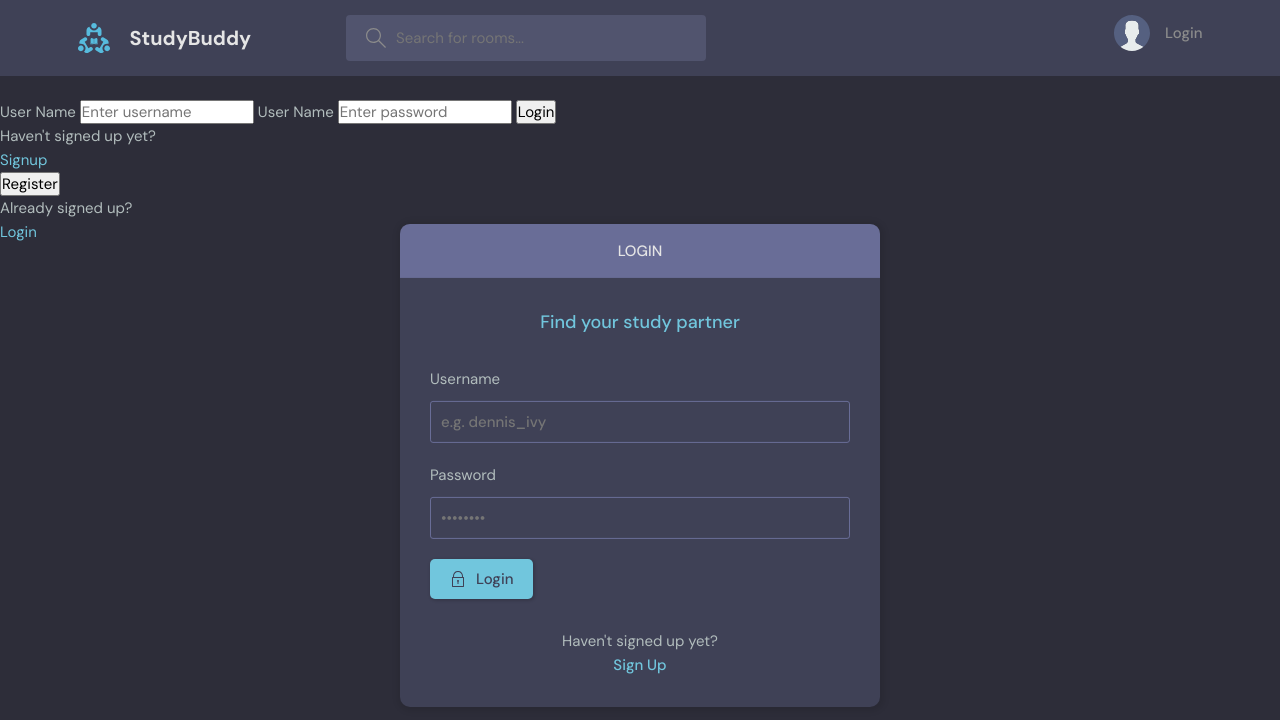
Repository: Dibbya65/Django-Basic
Page: http://localhost/login/
The author's editor kept a copy of each file at every save. The page is drawn from the files as they stood at one save, then again after the next save.
The browser window is 1280 px wide. The pictures show the whole page.
The page is served by the project's application, run on Django 3.2 (manage.py). Other server files are loaded and not shown.

Above is the page before, as saved 2021-11-20 19:18:18.

### base/templates/base/login.html
{% extends 'layouts/master.html' %}
{% block title %}Register{% endblock title%}
{% block content %}
<main class="auth layout">
    <div class="container">
        {% if page == 'login' %}
        <div class="layout__box">
            <div class="layout__boxHeader">
                <div class="layout__boxTitle">
                    <h3>Login</h3>
                </div>
            </div>
            <div class="layout__body">
                <h2 class="auth__tagline">Find your study partner</h2>

                <form class="form" action="#">
                    <div class="form__group">
                        <label for="room_name">Username</label>
                        <input id="username" name="username" type="text" placeholder="e.g. dennis_ivy" />
                    </div>
                    <div class="form__group">
                        <label for="password">Password</label>
                        <input id="password" name="password" type="password"
                            placeholder="&bull;&bull;&bull;&bull;&bull;&bull;&bull;&bull;" />
                    </div>

                    <button class="btn btn--main" type="submit">
                        <svg version="1.1" xmlns="http://www.w3.org/2000/svg" width="32" height="32"
                            viewBox="0 0 32 32">
                            <title>lock</title>
                            <path
                                d="M27 12h-1v-2c0-5.514-4.486-10-10-10s-10 4.486-10 10v2h-1c-0.553 0-1 0.447-1 1v18c0 0.553 0.447 1 1 1h22c0.553 0 1-0.447 1-1v-18c0-0.553-0.447-1-1-1zM8 10c0-4.411 3.589-8 8-8s8 3.589 8 8v2h-16v-2zM26 30h-20v-16h20v16z">
                            </path>
                            <path
                                d="M15 21.694v4.306h2v-4.306c0.587-0.348 1-0.961 1-1.694 0-1.105-0.895-2-2-2s-2 0.895-2 2c0 0.732 0.413 1.345 1 1.694z">
                            </path>
                        </svg>

                        Login
                    </button>
                </form>

                <div class="auth__action">
                    <p>Haven't signed up yet?</p>
                    <a href="{% url 'register' %}" class="btn btn--link">Sign Up</a>
                </div>
            </div>
        </div>
        {% else %}
        <div class="layout__box">
            <div class="layout__boxHeader">
                <div class="layout__boxTitle">
                    <h3>Sign up</h3>
                </div>
            </div>
            <div class="layout__body">
                <h2 class="auth__tagline">Find your study partner</h2>

                <form class="form" action="#">
                    <div class="form__group">
                        <label for="fullname">Full Name</label>
                        <input id="fullname" name="fullname" type="text" placeholder="e.g. Dennis Ivy" />
                    </div>
                    <div class="form__group">
                        <label for="room_name">Username</label>
                        <input id="username" name="username" type="text" placeholder="e.g. dennis_ivy" />
                    </div>
                    <div class="form__group">
                        <label for="password">Password</label>
                        <input id="password" name="password" type="password"
                            placeholder="&bull;&bull;&bull;&bull;&bull;&bull;&bull;&bull;" />
                    </div>

                    <div class="form__group">
                        <label for="confirm_password">Confirm Password</label>
                        <input id="confirm_password" name="confirm_password" type="password"
                            placeholder="&bull;&bull;&bull;&bull;&bull;&bull;&bull;&bull;" />
                    </div>

                    <button class="btn btn--main" type="submit">
                        <svg version="1.1" xmlns="http://www.w3.org/2000/svg" width="32" height="32"
                            viewBox="0 0 32 32">
                            <title>lock</title>
                            <path
                                d="M27 12h-1v-2c0-5.514-4.486-10-10-10s-10 4.486-10 10v2h-1c-0.553 0-1 0.447-1 1v18c0 0.553 0.447 1 1 1h22c0.553 0 1-0.447 1-1v-18c0-0.553-0.447-1-1-1zM8 10c0-4.411 3.589-8 8-8s8 3.589 8 8v2h-16v-2zM26 30h-20v-16h20v16z">
                            </path>
                            <path
                                d="M15 21.694v4.306h2v-4.306c0.587-0.348 1-0.961 1-1.694 0-1.105-0.895-2-2-2s-2 0.895-2 2c0 0.732 0.413 1.345 1 1.694z">
                            </path>
                        </svg>

                        Sign Up
                    </button>
                </form>

                <div class="auth__action">
                    <p>Already have an account?</p>
                    <a href="{% url 'login' %}" class="btn btn--link">Log In</a>
                </div>
            </div>
        </div>
        {% endif %}
    </div>
</main>

<div>
    <form method="POST" action="#">
        {% csrf_token %}
        <label for="username">User Name</label>
        <input type="text" id="username" name="username" placeholder="Enter username">
        <label for="password">User Name</label>
        <input type="text" id="password" name="password" placeholder="Enter password">
        <input type="submit" value="Login">
    </form>
    <p>Haven't signed up yet?</p>
    <a href="{% url 'register' %}">Signup</a>
</div>

<div>
    <form method="POST" action="">
        {% csrf_token %}
        {{form.as_p}}
        <input type="submit" value="Register">
    </form>
    <p>Already signed up?</p>
    <a href="{% url 'login' %}">Login</a>
</div>




{% endblock content %}

### templates/layouts/master.html
<!DOCTYPE html>
{% load static %}
<html lang="en">

  <head>
    <meta charset="UTF-8" />
    <meta http-equiv="X-UA-Compatible" content="IE=edge" />
    <meta name="viewport" content="width=device-width, initial-scale=1.0" />
    <link rel="shortcut icon" href="assets/favicon.ico" type="image/x-icon" />


    <title>StudyBuddy | {% block title %} {% endblock %}</title>
    <link rel="stylesheet" type="text/css" href="{% static 'styles/style.css' %}">
  </head>

  <body>
    {% include 'base/navbar.html' %}

    {% if messages %}
    <ul class="messages">
      {% for message in messages %}
      <li>{{ message }}</li>
      {% endfor %}
    </ul>
    {% endif %}
    {% block content %}{% endblock %}

    <script type="text/javascript" src="{% static 'js/script.js' %}"></script>
  </body>

</html>

### base/templates/base/navbar.html
{% load static %}
<header class="header header--loggedIn">
  <div class="container">
    <a href="/" class="header__logo">
      <img src="{% static 'assets/logo.svg' %}" />
      <h1>StudyBuddy</h1>
    </a>
    <form class="header__search" action="{% url 'home' %}" method="GET">
      <label>
        <svg version="1.1" xmlns="http://www.w3.org/2000/svg" width="32" height="32" viewBox="0 0 32 32">
          <title>search</title>
          <path
            d="M32 30.586l-10.845-10.845c1.771-2.092 2.845-4.791 2.845-7.741 0-6.617-5.383-12-12-12s-12 5.383-12 12c0 6.617 5.383 12 12 12 2.949 0 5.649-1.074 7.741-2.845l10.845 10.845 1.414-1.414zM12 22c-5.514 0-10-4.486-10-10s4.486-10 10-10c5.514 0 10 4.486 10 10s-4.486 10-10 10z">
          </path>
        </svg>
        <input type="text" placeholder="Search for rooms..." name="q" />
      </label>
    </form>
    <nav class="header__menu">
      <!-- Not Logged In -->
      {% if not request.user.is_authenticated %}
      <a href="{% url 'login' %}">
        <img src="{% static 'assets/avatar.svg' %}" />
        <p>Login</p>
      </a>
      {%else%}
      <div class="header__user">
        <a href="{%  url 'user-profile' request.user.id %}">
          <div class="avatar avatar--medium active">
            <img src="https://randomuser.me/api/portraits/men/37.jpg" />
          </div>
          <p>{{request.user.username}} <span>@{{request.user.username}}</span></p>
        </a>
        <button class="dropdown-button">
          <svg version="1.1" xmlns="http://www.w3.org/2000/svg" width="32" height="32" viewBox="0 0 32 32">
            <title>chevron-down</title>
            <path d="M16 21l-13-13h-3l16 16 16-16h-3l-13 13z"></path>
          </svg>
        </button>
      </div>

      <div class="dropdown-menu">
        <a href="{% url 'update-user' %}" class="dropdown-link"><svg version="1.1" xmlns="http://www.w3.org/2000/svg"
            width="32" height="32" viewBox="0 0 32 32">
            <title>tools</title>
            <path
              d="M27.465 32c-1.211 0-2.35-0.471-3.207-1.328l-9.392-9.391c-2.369 0.898-4.898 0.951-7.355 0.15-3.274-1.074-5.869-3.67-6.943-6.942-0.879-2.682-0.734-5.45 0.419-8.004 0.135-0.299 0.408-0.512 0.731-0.572 0.32-0.051 0.654 0.045 0.887 0.277l5.394 5.395 3.586-3.586-5.394-5.395c-0.232-0.232-0.336-0.564-0.276-0.887s0.272-0.596 0.572-0.732c2.552-1.152 5.318-1.295 8.001-0.418 3.274 1.074 5.869 3.67 6.943 6.942 0.806 2.457 0.752 4.987-0.15 7.358l9.392 9.391c0.844 0.842 1.328 2.012 1.328 3.207-0 2.5-2.034 4.535-4.535 4.535zM15.101 19.102c0.26 0 0.516 0.102 0.707 0.293l9.864 9.863c0.479 0.479 1.116 0.742 1.793 0.742 1.398 0 2.535-1.137 2.535-2.535 0-0.668-0.27-1.322-0.742-1.793l-9.864-9.863c-0.294-0.295-0.376-0.74-0.204-1.119 0.943-2.090 1.061-4.357 0.341-6.555-0.863-2.631-3.034-4.801-5.665-5.666-1.713-0.561-3.468-0.609-5.145-0.164l4.986 4.988c0.391 0.391 0.391 1.023 0 1.414l-5 5c-0.188 0.188-0.441 0.293-0.707 0.293s-0.52-0.105-0.707-0.293l-4.987-4.988c-0.45 1.682-0.397 3.436 0.164 5.146 0.863 2.631 3.034 4.801 5.665 5.666 2.2 0.721 4.466 0.604 6.555-0.342 0.132-0.059 0.271-0.088 0.411-0.088z">
            </path>
          </svg>
          Settings</a>
        <a href="{% url 'logout' %}" class="dropdown-link"><svg version="1.1" xmlns="http://www.w3.org/2000/svg"
            width="32" height="32" viewBox="0 0 32 32">
            <title>sign-out</title>
            <path
              d="M3 0h22c0.553 0 1 0 1 0.553l-0 3.447h-2v-2h-20v28h20v-2h2l0 3.447c0 0.553-0.447 0.553-1 0.553h-22c-0.553 0-1-0.447-1-1v-30c0-0.553 0.447-1 1-1z">
            </path>
            <path
              d="M21.879 21.293l1.414 1.414 6.707-6.707-6.707-6.707-1.414 1.414 4.293 4.293h-14.172v2h14.172l-4.293 4.293z">
            </path>
          </svg>
          Logout</a>
      </div>
      {% endif %}


    </nav>
  </div>
</header>

### base/views.py
from django.shortcuts import render, redirect
from django.http import HttpResponse
from django.db.models import Q
from django.contrib.auth.models import User
from django.contrib.auth import authenticate, login, logout
from django.contrib.auth.forms import UserCreationForm
from django.contrib import messages
from django.contrib.auth.decorators import login_required
from .models import Room, Topic, Message
from .forms import RoomForm, UserForm

# Create your views here.


def login_page(request):
    page = "login"

    if request.user.is_authenticated:
        return redirect("home")

    if request.method == "POST":
        username = request.POST.get("username").lower()
        password = request.POST.get("password")

        try:
            user = User.objects.get(username=username)
        except:
            messages.error(request, "User does not exist")

        user = authenticate(request, username=username, password=password)

        if user is not None:
            login(request, user)
            return redirect("home")
        else:
            messages.error(request, "Invalid credentials")

    context = {"page": page}
    return render(request, "base/login.html", context)


def logout_user(request):
    logout(request)
    return redirect("home")


def register_page(request):
    form = UserCreationForm()

    if request.method == "POST":
        form = UserCreationForm(request.POST)
        if form.is_valid():
            user = form.save(commit=False)
            user.username = user.username.lower()
            user.save()

            login(request, user)

            return redirect("home")
        else:
            messages.error(request, "User registration failed")

    context = {"form": form}

    return render(request, "base/login.html", context)


def home(request):
    q = request.GET.get("q") if request.GET.get("q") != None else ""
    rooms = Room.objects.filter(
        Q(topic__name__icontains=q) | Q(name__icontains=q) | Q(description__icontains=q)
    )
    topics = Topic.objects.all()
    room_count = rooms.count()
    room_messges = Message.objects.filter(Q(room__topic__name__icontains=q))

    context = {
        "rooms": rooms,
        "topics": topics,
        "room_count": room_count,
        "room_messages": room_messges,
    }
    return render(request, "base/home.html", context)


def room(request):
    rooms = Room.objects.all()
    context = {"rooms": rooms}
    return render(request, "base/room.html", context)


def roomdetail(request, pk):
    room = Room.objects.get(id=pk)
    room_messages = room.message_set.all()
    participants = room.participants.all()

    if request.method == "POST":
        message = Message.objects.create(
            user=request.user, room=room, body=request.POST.get("body")
        )
        room.participants.add(request.user)
        return redirect("room-detail", pk=room.id)

    context = {
        "room": room,
        "room_messages": room_messages,
        "participants": participants,
    }
    return render(request, "base/single-room.html", context)


@login_required(login_url="login")
def create_room(request):
    form = RoomForm()
    topics = Topic.objects.all()
    if request.method == "POST":
        topic_name = request.POST.get("topic")
        topic, created = Topic.objects.get_or_create(name=topic_name)

        Room.objects.create(
            host=request.user,
            topic=topic,
            name=request.POST.get("name"),
            description=request.POST.get("description"),
        )
        # form = RoomForm(request.POST)
        # if form.is_valid():
        #     room = form.save(commit=False)
        #     room.host = request.user
        #     room.save()
        return redirect("home")

    context = {"form": form, "topics": topics}
    return render(request, "base/room_form.html", context)


def user_profile(request, pk):
    user = User.objects.get(id=pk)
    rooms = user.room_set.all()
    room_messages = user.message_set.all()
    topics = Topic.objects.all()
    context = {
        "user": user,
        "rooms": rooms,
        "room_messages": room_messages,
        "topics": topics,
    }
    return render(request, "base/profile.html", context)


@login_required(login_url="login")
def update_room(request, pk):
    room = Room.objects.get(id=pk)
    form = RoomForm(instance=room)
    topics = Topic.objects.all()

    if request.user != room.host:
        return HttpResponse("Unauthenticated!")

    if request.method == "POST":
        topic_name = request.POST.get("topic")
        topic, created = Topic.objects.get_or_create(name=topic_name)
        room.name = request.POST.get("name")
        room.topic = topic
        room.description = request.POST.get("description")
        room.save()

        return redirect("home")

    context = {"form": form, "topics": topics, "room": room}
    return render(request, "base/room_form.html", context)


@login_required(login_url="login")
def delete_room(request, pk):
    room = Room.objects.get(id=pk)
    if request.user != room.host:
        return HttpResponse("Unauthenticated!")

    if request.method == "POST":
        room.delete()
        return redirect("home")
    return render(request, "base/delete.html", {"obj": room})


@login_required(login_url="login")
def delete_message(request, pk):
    msg = Message.objects.get(id=pk)
    if request.user != msg.user:
        return HttpResponse("Unauthenticated!")

    if request.method == "POST":
        msg.delete()
        return redirect("home")
    return render(request, "base/delete.html", {"obj": msg})


@login_required(login_url="login")
def update_user(request):
    user = request.user
    form = UserForm(instance=user)

    if request.method == "POST":
        form = UserForm(request.POST, instance=user)
        if form.is_valid():
            form.save()
            return redirect("user-profile", pk=user.id)

    return render(request, "base/update-user.html", {"form": form})

### studybud/urls.py
"""studybud URL Configuration

The `urlpatterns` list routes URLs to views. For more information please see:
    https://docs.djangoproject.com/en/3.2/topics/http/urls/
Examples:
Function views
    1. Add an import:  from my_app import views
    2. Add a URL to urlpatterns:  path('', views.home, name='home')
Class-based views
    1. Add an import:  from other_app.views import Home
    2. Add a URL to urlpatterns:  path('', Home.as_view(), name='home')
Including another URLconf
    1. Import the include() function: from django.urls import include, path
    2. Add a URL to urlpatterns:  path('blog/', include('blog.urls'))
"""
from django.contrib import admin
from django.urls import path, include


urlpatterns = [
    path('admin/', admin.site.urls),
    path('', include('base.urls'))
]

### base/urls.py
from django.urls import path
from . import views

urlpatterns = [
    path("login/", views.login_page, name="login"),
    path("register/", views.register_page, name="register"),
    path("logout/", views.logout_user, name="logout"),
    path("", views.home, name="home"),
    path("room/", views.room, name="room"),
    path("profile/<str:pk>", views.user_profile, name="user-profile"),
    path("update/user/", views.update_user, name="update-user"),
    path("room/<str:pk>", views.roomdetail, name="room-detail"),
    path("create/room/", views.create_room, name="create-room"),
    path("update/room/<str:pk>/", views.update_room, name="update-room"),
    path("delete/room/<str:pk>/", views.delete_room, name="delete-room"),
    path("delete/message/<str:pk>/", views.delete_message, name="delete-message"),
]

Loaded but not shown: static/assets/logo.svg (12 lines, source omitted); static/assets/avatar.svg (49 lines, source omitted); static/js/script.js (69 lines, source omitted); static/styles/style.css (1166 lines, source omitted)

After the next save:
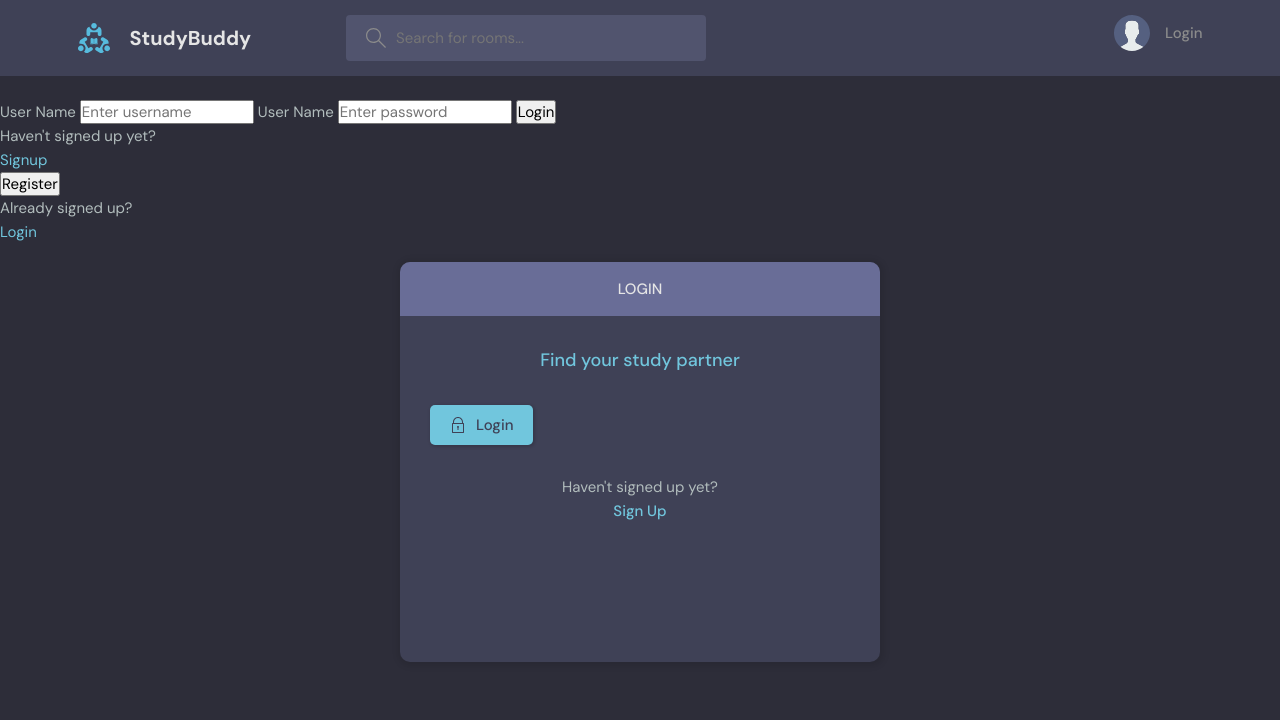
Saved 51 s later.
--- a/base/templates/base/login.html
+++ b/base/templates/base/login.html
@@ -14,16 +14,7 @@
                 <h2 class="auth__tagline">Find your study partner</h2>
 
                 <form class="form" action="#">
-                    <div class="form__group">
-                        <label for="room_name">Username</label>
-                        <input id="username" name="username" type="text" placeholder="e.g. dennis_ivy" />
-                    </div>
-                    <div class="form__group">
-                        <label for="password">Password</label>
-                        <input id="password" name="password" type="password"
-                            placeholder="&bull;&bull;&bull;&bull;&bull;&bull;&bull;&bull;" />
-                    </div>
-
+                    {{form.as_p}}
                     <button class="btn btn--main" type="submit">
                         <svg version="1.1" xmlns="http://www.w3.org/2000/svg" width="32" height="32"
                             viewBox="0 0 32 32">
@@ -56,7 +47,8 @@
             <div class="layout__body">
                 <h2 class="auth__tagline">Find your study partner</h2>
 
-                <form class="form" action="#">
+                <form method="POST" action="#">
+                    {% csrf_token %}
                     <div class="form__group">
                         <label for="fullname">Full Name</label>
                         <input id="fullname" name="fullname" type="text" placeholder="e.g. Dennis Ivy" />

After the save that followed:
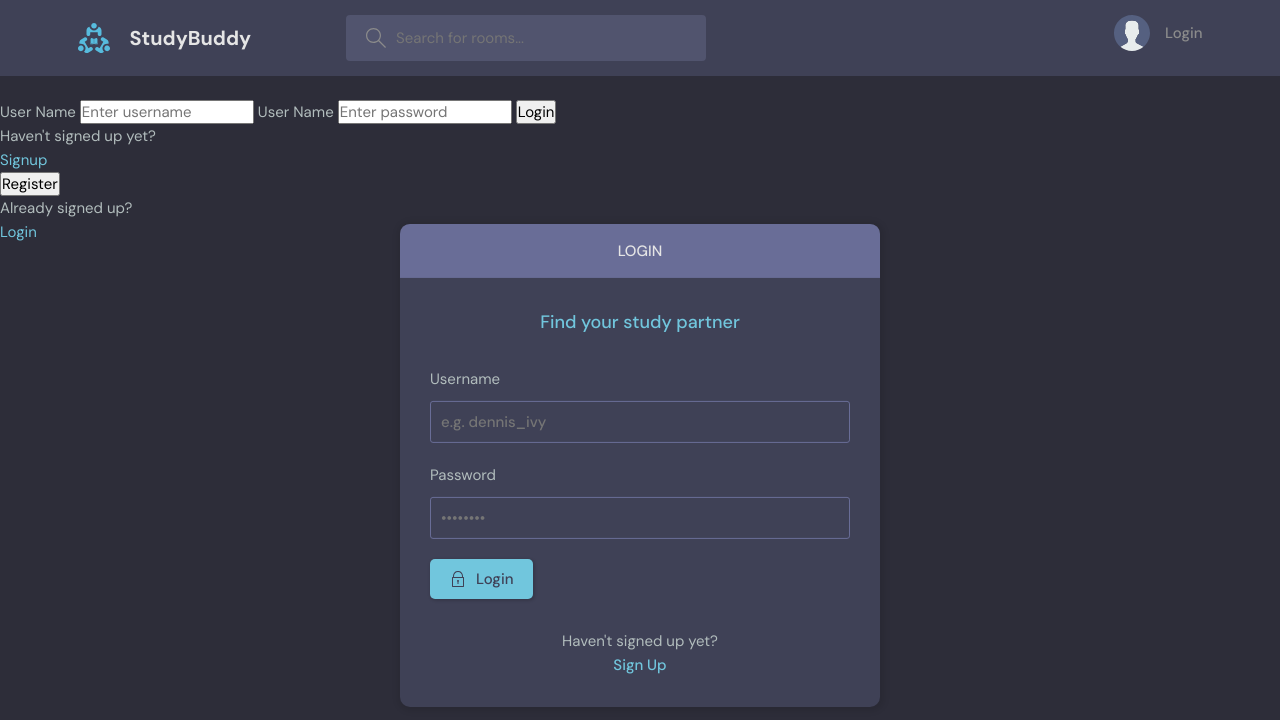
Saved 11 s later.
--- a/base/templates/base/login.html
+++ b/base/templates/base/login.html
@@ -14,7 +14,16 @@
                 <h2 class="auth__tagline">Find your study partner</h2>
 
                 <form class="form" action="#">
-                    {{form.as_p}}
+                    <div class="form__group">
+                        <label for="room_name">Username</label>
+                        <input id="username" name="username" type="text" placeholder="e.g. dennis_ivy" />
+                    </div>
+                    <div class="form__group">
+                        <label for="password">Password</label>
+                        <input id="password" name="password" type="password"
+                            placeholder="&bull;&bull;&bull;&bull;&bull;&bull;&bull;&bull;" />
+                    </div>
+
                     <button class="btn btn--main" type="submit">
                         <svg version="1.1" xmlns="http://www.w3.org/2000/svg" width="32" height="32"
                             viewBox="0 0 32 32">
